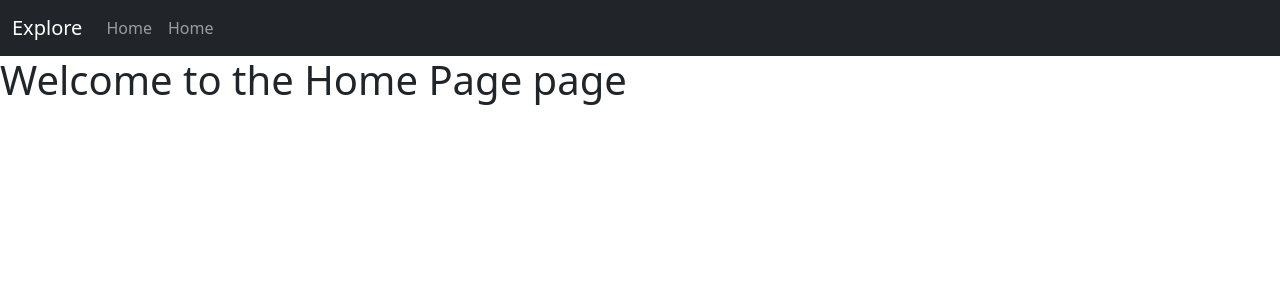
Repository: Survey-Wizard/SurveyWizard
Page: http://localhost/
An editor plug-in stored every save of this project. The page is shown before and after the next save, followed by the edit.
The browser window is 1280 px wide. The pictures show the whole page.
The page is served by the project's Node server (server.js).

Above is the page before, as saved 2021-05-30 09:58:14.

After the next save:
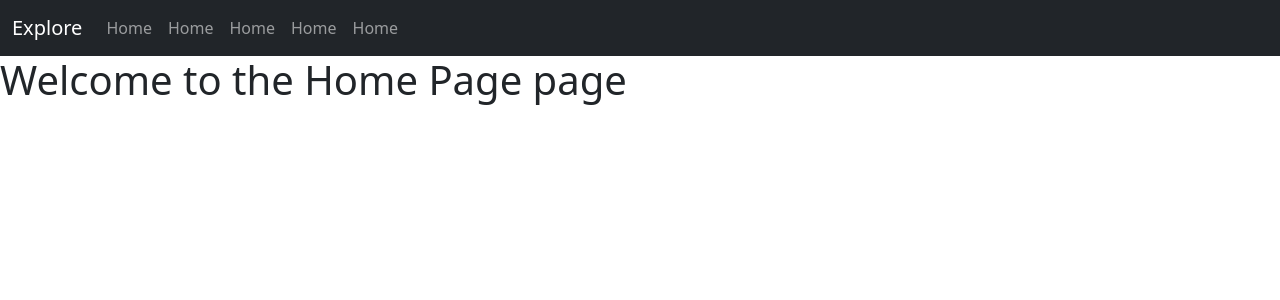
Saved 5 s later.
--- a/views/index.ejs
+++ b/views/index.ejs
@@ -31,6 +31,18 @@
             <a class="nav-link"  href="#">Home</a>
           </li>
 
+          <li class="nav-item active">
+            <a class="nav-link"  href="#">Home</a>
+          </li>
+
+          <li class="nav-item active">
+            <a class="nav-link"  href="#">Home</a>
+          </li>
+
+          <li class="nav-item active">
+            <a class="nav-link"  href="#">Home</a>
+          </li>
+
         </div>
       </nav>
 
